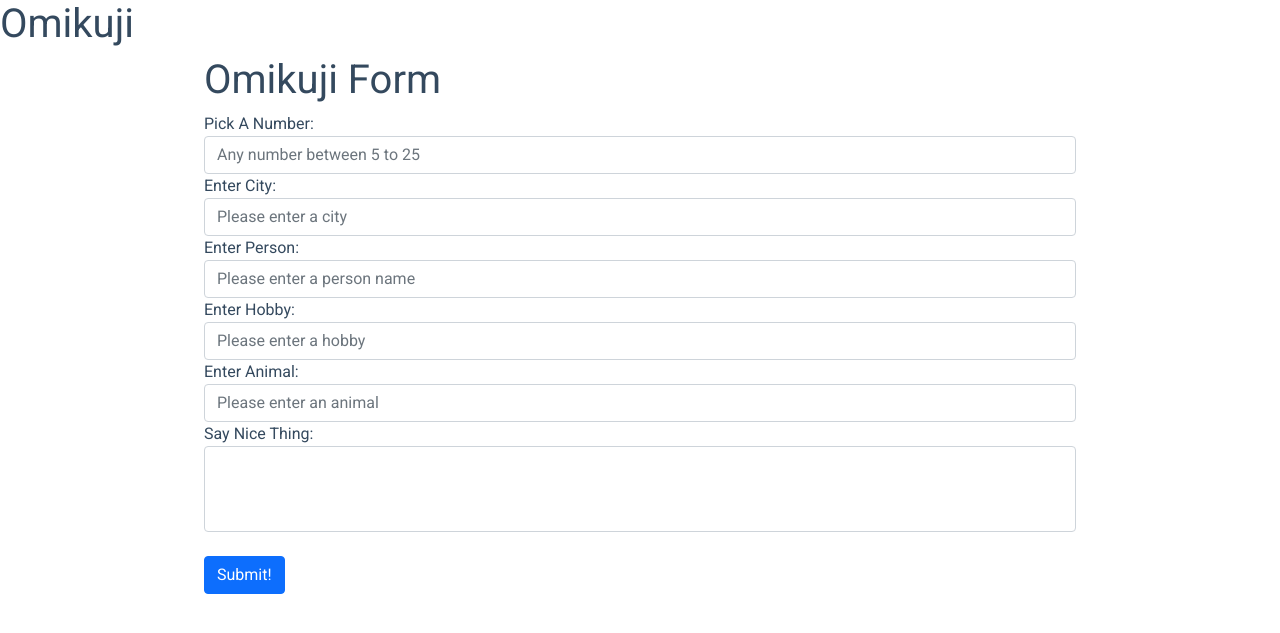
Repository: BensonFirdy/java
Page: http://localhost/Omikuji/WEB-INF/index.jsp
These files come from the project's save history. The page is drawn as it stood at one moment and after the next save; the edit follows.
The browser window is 1280 px wide. The pictures show the whole page.
The page is served by Tomcat 9. Nobody is signed in. The template is opened directly, without the code that normally fills it, so the values that code supplies are empty.

Above is the page before, as saved 2022-06-29 03:51:39.
Console error: TypeError: console.lgo is not a function

After the next save:
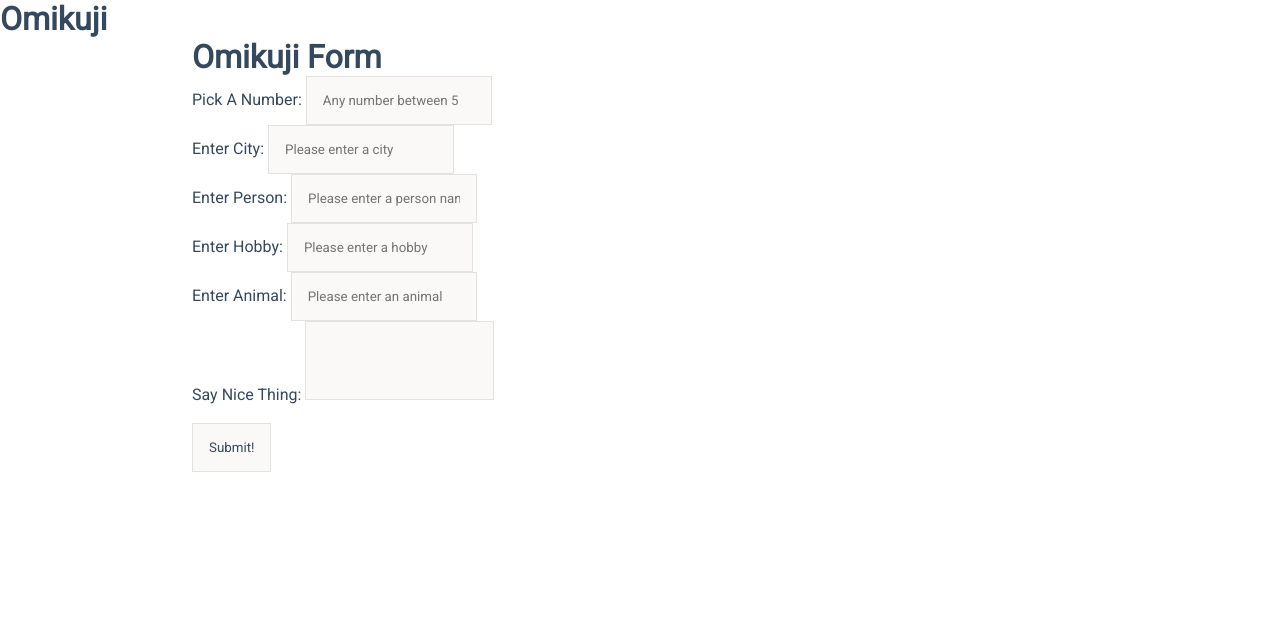
Saved 2 s later.
--- a/Omikuji/src/main/webapp/WEB-INF/index.jsp
+++ b/Omikuji/src/main/webapp/WEB-INF/index.jsp
@@ -9,10 +9,10 @@
 	<meta charset="utf-8">
 	<meta name="viewport" content="width=device-width, initial-scale=1">
 	<title></title>
-	<link href="https://cdn.jsdelivr.net/npm/bootstrap@5.0.2/dist/css/bootstrap.min.css"
-      rel="stylesheet"
-      integrity="sha384-EVSTQN3/azprG1Anm3QDgpJLIm9Nao0Yz1ztcQTwFspd3yD65VohhpuuCOmLASjC"
-      crossorigin="anonymous">
+
+
+
+
 	<link rel="stylesheet" type="text/css" href="/css/style.css">
 	<script type="text/javascript" src="/js/main.js"></script>
 </head>
